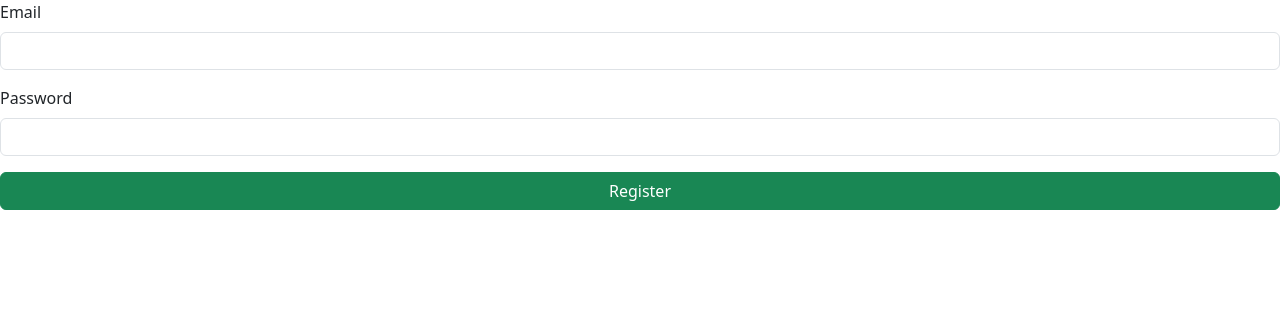
Repository: SHINEweb546/Placement-Portal-App
Page: http://localhost/register
An editor plug-in stored every save of this project. The page is shown before and after the next save, followed by the edit.
The browser window is 1280 px wide. The pictures show the whole page.
The page is served by the project's application, run on Flask 3 (app.py). Other server files are loaded and not shown.

Above is the page before, as saved 2026-02-28 14:02:27.

### templates/register.html
<!DOCTYPE html>
<html lang="en">
<head>
    <meta charset="UTF-8">
    <meta name="viewport" content="width=device-width, initial-scale=1.0">
    <title>Register Page</title>
    <link href="https://cdn.jsdelivr.net/npm/bootstrap@5.3.8/dist/css/bootstrap.min.css" rel="stylesheet" integrity="sha384-sRIl4kxILFvY47J16cr9ZwB07vP4J8+LH7qKQnuqkuIAvNWLzeN8tE5YBujZqJLB" crossorigin="anonymous">
  </head>
</head>
<body>
   <form method="POST" action="/register">



  <div class="mb-3">
    <label class="form-label">Email</label>
    <input
      type="email"
      name="email"
      class="form-control"
      required>
  </div>

  <div class="mb-3">
    <label class="form-label">Password</label>
    <input
      type="password"
      name="password"
      class="form-control"
      required>
  </div>


  <button type="submit" class="btn btn-success w-100">
    Register
  </button>

</form>

</body>
</html>

### Backend/routes.py
from flask import Flask,render_template,redirect,url_for,request
from .model import *
from app import app

@app.route("/")
def home():
    return render_template("home.html")
@app.route("/login" , methods=["GET","POST"])
def login():
    if request.method == "POST":
        email=request.form.get("email")
        password=request.form.get("password")
        user=User.query.filter_by(email = email,password = password).first()
        if user and user.role=="admin":
            return redirect(url_for("admin"))
        elif user and user.role=="user" :
            return redirect(url_for("user"))
        else:
            return render_template("login.html",msg="Invalid credentials !")
    return render_template("login.html")
@app.route("/register", methods=["GET","POST"])
def register():
    if request.method == "POST":

        email=request.form.get("email")
        password=request.form.get("password")


        user=User.query.filter_by(email = email,password = password).first()
        if user:
            return render_template("register.html",msg="User is already registered !")
        new_user=User(email = email,password = password)
        db.session.add(new_user)
        db.session.commit()
        return render_template("login.html",msg="You are now registered, Go to login and continue !")
    return render_template("register.html")

@app.route("/admin")
def admin():
    return "Hii Admin !"

@app.route("/user")
def user():
    return "Hii User !"

### app.py
from flask import Flask
from Backend.model import db
def setup():
    app= Flask(__name__)
    app.config["SQLALCHEMY_DATABASE_URI"] = "sqlite:///database.db"
    app.config["SQLALCHEMY_TRACK_MODIFICATIONS"] = False

    db.init_app(app)

    print("App has been started")
    return app

app = setup()
from Backend.routes import *



if __name__=="__main__":
    with app.app_context():
        db.create_all()
        admin=User.query.filter_by(email="admin@gmail.com").first()
        if not admin:
            admin=User(
                name="Admin",
                email="admin@gmail.com",
                password="admin123",
                role="admin",
                is_approved=True

            )
            db.session.add(admin)
            db.session.commit()
            print("Admin created !!")
        else:
            print("Admin is already there")
        app.run(debug=True)

After the next save:
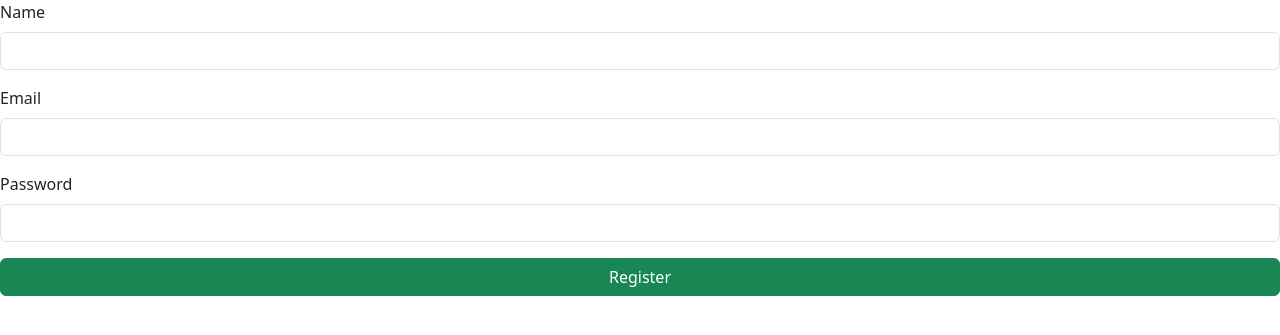
Saved 52 s later.
--- a/templates/register.html
+++ b/templates/register.html
@@ -10,7 +10,14 @@
 <body>
    <form method="POST" action="/register">
 
-
+  <div class="mb-3">
+    <label class="form-label">Name</label>
+    <input
+      type="text"
+      name="name"
+      class="form-control"
+      required>
+  </div>
 
   <div class="mb-3">
     <label class="form-label">Email</label>
